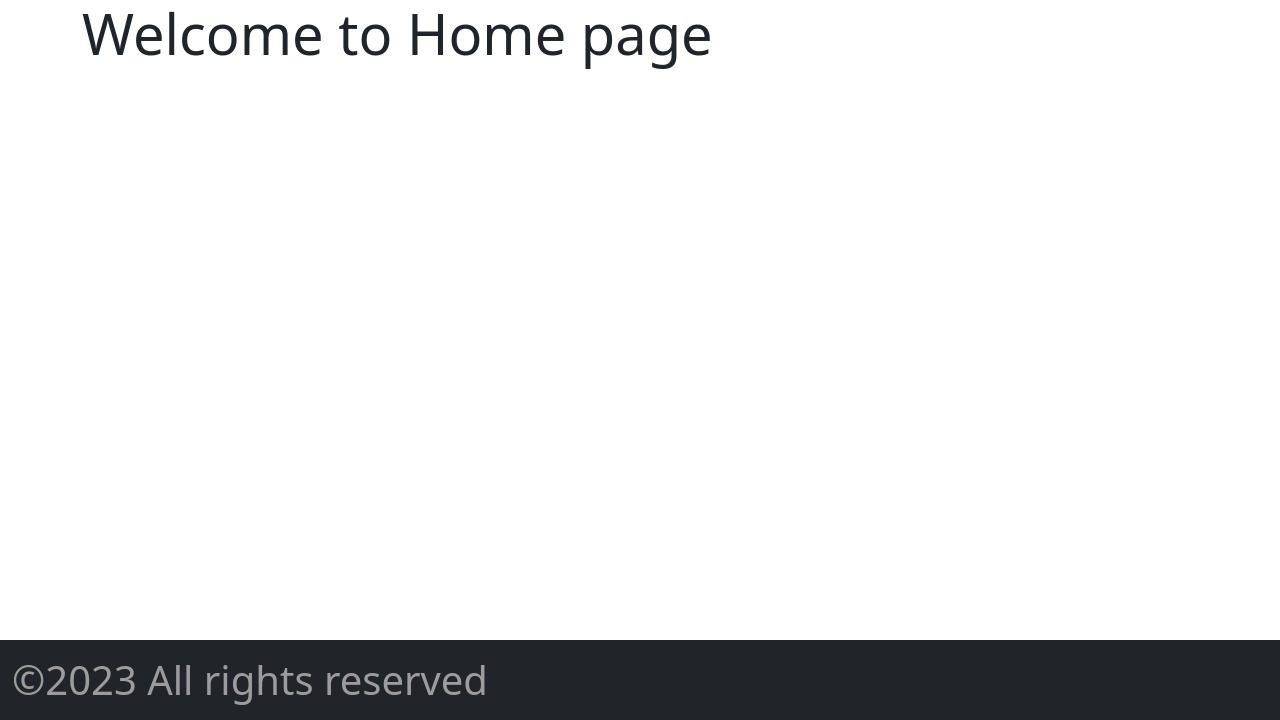
Repository: VuNhatDinhLe/test
Page: http://localhost/
The author's editor kept a copy of each file at every save. The page is drawn from the files as they stood at one save, then again after the next save.
The browser window is 1280 px wide. The pictures show the whole page.
The page is served by the project's Node server (server.js).

Above is the page before, as saved 2023-05-24 23:03:43.

After the next save:
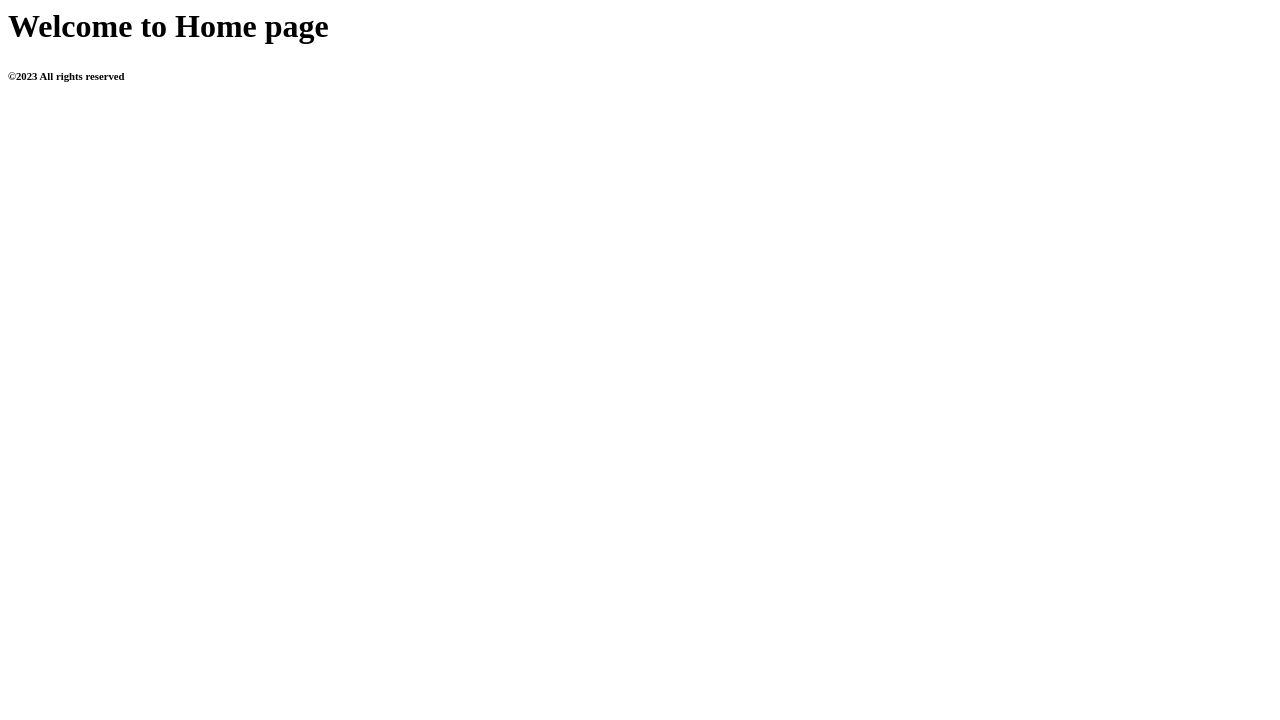
Saved 34 s later.
--- a/WEEK3DEMO/app/views/index.ejs
+++ b/WEEK3DEMO/app/views/index.ejs
@@ -1,75 +1,4 @@
-<!DOCTYPE html>
-<html lang="en">
-<head>
-    <meta charset="UTF-8">
-    <meta http-equiv="X-UA-Compatible" content="IE=edge">
-    <meta name="viewport" content="width=device-width, initial-scale=1.0">
-    <title><%= title %></title>
-    <link rel="stylesheet" href="style.css"/>
-    <link rel="stylesheet" href="/bootstrap/dist/css/bootstrap.min.css"/>
-    <link rel="stylesheet" href="/@fortawesome/fontawesome-free/css/all.min.css"/>
 
-        <style>
-        ul.navbar-max {
-            list-style: none; /* Remove the bullet */
-            display: inline; /* Display the list items inline */
-            float:right;
-            font-size:17px
-
-        }
-
-        ul.navbar-max li {
-            display: inline-block; /* Make the list items display inline */
-        }
-        a:link {
-    text-decoration: none;
-}
-
-
-a:visited {
-    text-decoration: none;
-}
-
-
-a:hover {
-    text-decoration: none;
-}
-
-
-a:active {
-    text-decoration: none;
-}
-html,
-body {
-  height: 100%;
-  margin: 0;
-}
-
-body {
-  display: flex;
-  flex-direction: column;
-}
-
-main {
-  flex: 1;
-}
-
-
-
- footer {
-            background-color: #343a40;
-            color: #ffffff;
-            padding: 10px;
-        }
-
-        footer .navbar-text {
-            margin-bottom: 0;
-        }
-
-
-    </style>
-</head>
-<body>
 
 
 <main class="container">
